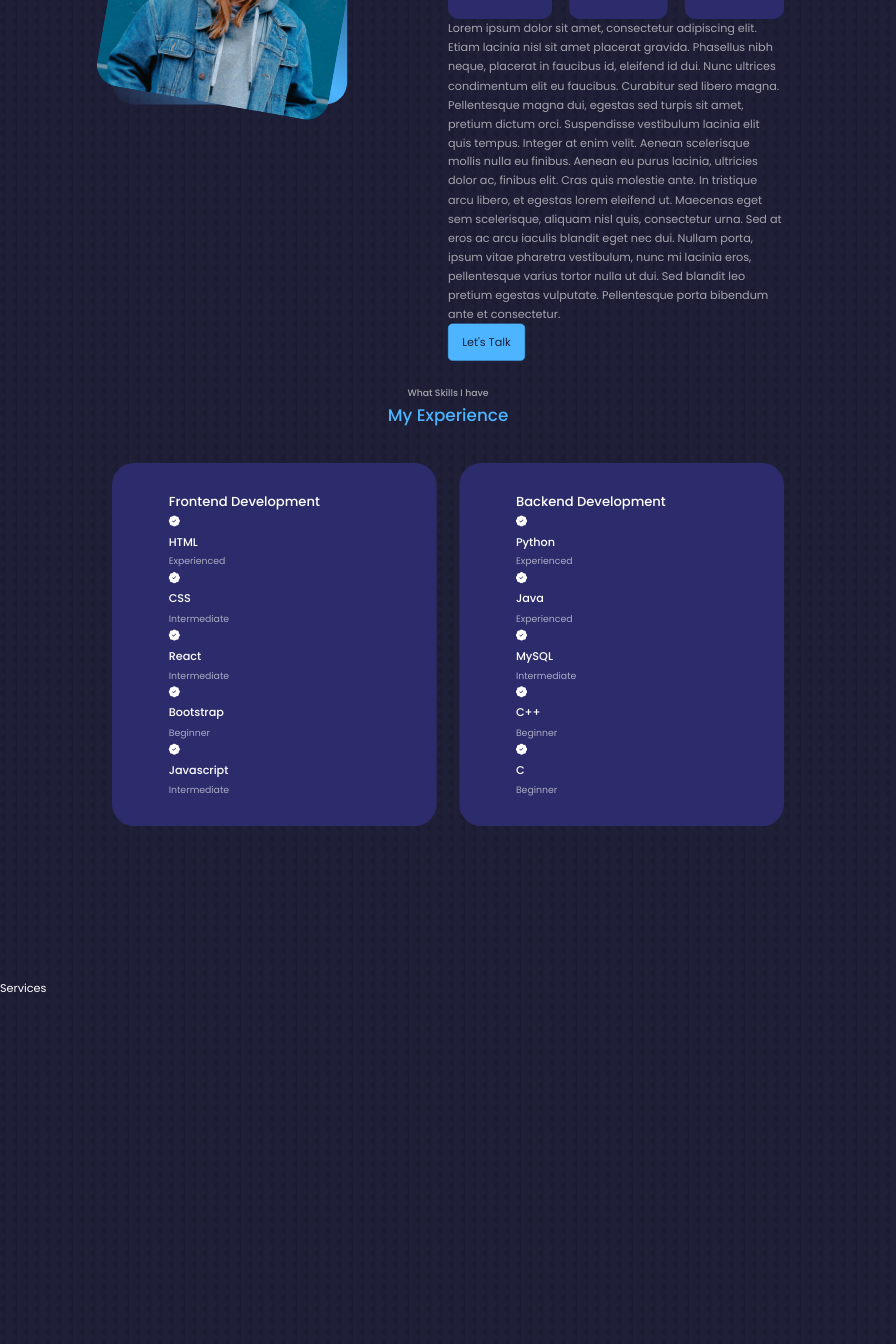
Repository: smallchungus/resumeWebsite
Page: / (app in hello/)
These files come from the project's save history. The page is drawn as it stood at one moment and after the next save; the edit follows.
The browser window is 1280 px wide. The pictures show the part of the page from y = 1146 to 3066 px (the page is 5835 px tall), at 70% of full size.
The project was rebuilt for these pictures with package versions that can differ from the ones it lists, and the page was loaded fresh each time. Also part of the build but not shown: hello/src/components/portfolio/portfolio.css, hello/src/components/contact/contact.css, hello/src/components/footer/footer.css. Imported but missing from the stored project, and not drawn on this page: hello/src/assets/cv.pdf.

Above is the page before, as saved 2023-03-23 19:05:25.

### hello/public/index.html
<!DOCTYPE html>
<html lang="en">

<head>
    <meta charset="UTF-8">
    <meta http-equiv="X-UA-Compatible" content="IE=edge">
    <meta name="viewport" content="width-device-width, initial-scale=1.0">
    <title>Resume Portfolio Website</title>
</head>
<body>
    <div id="root"></div>
</body>
</html>

### hello/src/App.jsx
import React from 'react'
import Header from './components/header/Header'
import Nav from './components/nav/Nav'
import About from './components/about/About'
import Experience from './components/experience/Experience'
import Services from './components/services/Services'
import Portfolio from './components/portfolio/Portfolio'
import Testimonial from './components/testimonial/Testimonial'
import Contact from './components/contact/Contact'
import Footer from './components/footer/Footer'

const App = () => {
  return (
    <>
    <Header />
    <Nav />
    <About />
    <Experience />
    <Services />
    <Portfolio />
    <Testimonial />
    <Contact />
    <Footer />
    </>
  )
}

export default App

### hello/src/index.css
@import url('https://fonts.googleapis.com/css2?family=Poppins:wght@300;400;500;600&display=swap');

*{
    margin: 0;
    padding: 0;
    border :0;
    outline: 0;
    box-sizing: border-box;
    list-style: none;
    text-decoration: none;

}

:root {
    --color-bg: #1f1f38;
    --color-bg-variant: #2c2c6c;
    --color-primary: #4db5ff;
    --color-primary-variant: rgba(77, 181, 255, 0.4);
    --color-white: #fff;
    --color-light: rgba(255,255,255,0.6);

    --transition: all 400ms ease;

    --container-width-lg: 75%;
    --container-width-md: 86%;
    --container-width-sm: 90%;

}

html{
    scroll-behavior: smooth;
}

body{
    font-family: 'Poppins', sans-serif;
    background: var(--color-bg);
    color: var(--color-white);
    line-height: 1.7;
    background-image: url(../src/assets/bg-texture.png)
}

/* ======================= General Styles =================*/

.container{
    width: var(--container-width-lg);
    margin: 0 auto;
}

h1,h2,h3,h4,h5{
    font-weight: 500;
}

h1{
    font-size:2.5rem;

}

section {
    margin-top: 8rem;
    height: 100vh;
}

section > h2, section > h5 {
    text-align: center;
    color: var(--color-light);
}

section > h2 {
    color: var(--color-primary);
    margin-bottom: 3rem;
}

.text-light{
    color:var(--color-light);
}

a{
    color: var(--color-primary);
    transition: var(--transition);
}

a:hover{
    color: var(--color-white);
}

.btn{
    width: max-content;
    display: inline-block;
    color: var(--color-primary);
    padding: 0.75rem 1.2rem;
    border-radius: 0.4rem;
    cursor: pointer;
    border: 1px solid var(--color-primary);
    transition: var( --transition );
}

.btn:hover{
    background: var(--color-white);
    color: var(--color-bg);
    border-color: transparent;
}

.btn-primary{
    background: var(--color-primary);
    color: var(--color-bg);
}

img{
    display: block;
    width: 100%;
    object-fit: cover;
}


/*==================Media Queries (Medium Devices ) ============= */
@media screen and (max-width: 1024px) {
    .container{
        width: var(--container-width-md);
    }

    section{
        margin-top: 6rem;
    }
}

/*==================Media Queries (Small Devices ) ============= */
@media screen and (max-width: 600px) {
    .container{
        width: var(--container-width-sm);
    }

    section > h2{
        margin-top: 2rem;
    }
}

### hello/src/components/header/Header.jsx
import React from 'react'
import './header.css'
import CTA from './CTA'
import ME from '../../assets/me.png'
import HeaderSocials from './HeaderSocials'
const Header = () => {
  return (
    <header>
      <div className="container header_container">
        <h5>Hello I'm</h5>
        <h1>William Chen</h1>
        <h5 className='text-light'>Fullstack Developer</h5>
        <CTA />
        <HeaderSocials/>

        <div className="me">
          <img src={ME} alt="me" />
        </div>

        <a href='#contact' className='scroll_down'>Scroll down</a>
      </div>
    </header>
  )
}

export default Header

### hello/src/components/nav/Nav.jsx
import React from 'react'
import './nav.css'
import {AiOutlineHome} from 'react-icons/ai'
import {AiOutlineUser}  from 'react-icons/ai'
import {BiBook} from 'react-icons/bi'
import {RiServiceLine} from 'react-icons/ri'
import {BiMessageSquareDetail} from 'react-icons/bi'
import {useState} from 'react'

const Nav = () => {
  const[activeNav, setActiveNav] = useState('#');
  return (
    <nav>
      <a href="#" onClick={() => setActiveNav('#')} className={activeNav === '#' ? 'active' : ''}><AiOutlineHome/></a>
      <a href="#about" onClick={() => setActiveNav('#about')} className={activeNav === '#about' ? 'active' : ''}><AiOutlineUser/></a>
      <a href="#experience" onClick={() => setActiveNav('#experience')} className={activeNav === '#experience' ? 'active' : ''}><BiBook/></a>
      <a href="#services" onClick={() => setActiveNav('#services')} className={activeNav === '#services' ? 'active' : ''}><RiServiceLine/></a>
      <a href="#contact" onClick={() => setActiveNav('#contact')} className={activeNav === '#contact' ? 'active' : ''}><BiMessageSquareDetail/></a>
    </nav>
  )
}

export default Nav

### hello/src/components/about/About.jsx
import React from 'react'
import './about.css'
import ME from '../../assets/me-about.jpg'
import {FiAward} from 'react-icons/fi'
import {FiUsers} from 'react-icons/fi'
import {VscFolderLibrary} from 'react-icons/vsc'

const About = () => {
  return (
    <section id='about'>
      <h5>Get To Know </h5>
      <h2>About Me</h2>

      <div className="container about_container">
        <div className="about_me" >
          <div className="about_me-image">
          <img src={ME} alt="About Image" />
          </div>
        </div>

        <div className="about_content">
          <div className="about_cards">
            <article className="about_card">
              <FiAward className='about_icon'/>
              <h5>Experience</h5>
              <small>1 Year Working</small>
            </article>
            <article className="about_card">
              <FiUsers className='about_icon'/>
              <h5>Clients</h5>
              <small>200+ clients worldwide</small>
            </article>
            <article className="about_card">
              <VscFolderLibrary className='about_icon'/>
              <h5>Projects</h5>
              <small>80+ completed</small>
            </article>
          </div>
          <p>
          Lorem ipsum dolor sit amet, consectetur adipiscing elit. Etiam lacinia nisl sit amet placerat gravida. Phasellus nibh neque, placerat in faucibus
          id, eleifend id dui. Nunc ultrices condimentum elit eu faucibus. Curabitur sed libero magna. Pellentesque magna dui, egestas sed turpis
          sit amet, pretium dictum orci. Suspendisse vestibulum lacinia elit quis tempus. Integer at enim velit. Aenean scelerisque mollis nulla eu finibus. Aenean eu purus lacinia, ultricies dolor ac, finibus elit.
          Cras quis molestie ante. In tristique arcu libero, et egestas lorem eleifend ut. Maecenas eget sem scelerisque, aliquam nisl quis, consectetur urna. Sed at eros ac arcu iaculis blandit eget nec dui. Nullam porta,
          ipsum vitae pharetra vestibulum, nunc mi lacinia eros, pellentesque varius tortor nulla ut dui. Sed blandit leo pretium egestas vulputate. Pellentesque porta bibendum ante et consectetur.
          </p>
          <a href="#contact" className='btn btn-primary'>Let's Talk</a>

        </div>
      </div>
    </section>
  )
}

export default About

### hello/src/components/experience/Experience.jsx
import React from 'react'
import './experience.css'
import {BsPatchCheckFill} from'react-icons/bs'



const Experience = () => {
  return (
    <section id='experience'>
      <h5>What Skills I have</h5>
      <h2>My Experience</h2>

      <div className="container experience_container">
        <div className="experience_frontend">
          <h3>Frontend Development</h3>
          <div className="experience_content">
            <article className='experience_details'>
              <BsPatchCheckFill />
              <h4>HTML</h4>
              <small className='text-light' >Experienced </small>
            </article>
            <article className='experience_details'>
              <BsPatchCheckFill />
              <h4>CSS</h4>
              <small className='text-light' >Intermediate </small>
            </article>
            <article className='experience_details'>
              <BsPatchCheckFill />
              <h4>React</h4>
              <small className='text-light' >Intermediate </small>
            </article>
            <article className='experience_details'>
              <BsPatchCheckFill />
              <h4>Bootstrap</h4>
              <small className='text-light' >Beginner </small>
            </article>
            <article className='experience_details'>
              <BsPatchCheckFill />
              <h4>Javascript</h4>
              <small className='text-light' >Intermediate </small>
            </article>
          </div>
        </div>



        <div className="experience_backend">
          <h3>Backend Development</h3>
          <article className='experience_details'>
              <BsPatchCheckFill />
              <h4>Python</h4>
              <small className='text-light' >Experienced </small>
            </article>
            <article className='experience_details'>
              <BsPatchCheckFill />
              <h4>Java</h4>
              <small className='text-light' >Experienced </small>
            </article>
            <article className='experience_details'>
              <BsPatchCheckFill />
              <h4>MySQL</h4>
              <small className='text-light' >Intermediate </small>
            </article>
            <article className='experience_details'>
              <BsPatchCheckFill />
              <h4>C++</h4>
              <small className='text-light' >Beginner </small>
            </article>
            <article className='experience_details'>
              <BsPatchCheckFill />
              <h4>C</h4>
              <small className='text-light' >Beginner </small>
            </article>
        </div>
      </div>
    </section>
  )
}

export default Experience

### hello/src/components/portfolio/Portfolio.jsx
import React from 'react'
import './portfolio.css'


const Portfolio = () => {
  return (
    < section id='portfolio'>Portfolio</section>
  )
}

export default Portfolio

### hello/src/components/testimonial/Testimonial.jsx
import React from 'react'
import './testimonial.css'
const Testimonial = () => {
  return (
    <section id='testimonials'>Testimonial</section>
  )
}

export default Testimonial

### hello/src/components/contact/Contact.jsx
import React from 'react'
import './contact.css'
const Contact = () => {
  return (
    <section id='contact'>Contact</section>
  )
}

export default Contact

### hello/src/components/header/header.css
header {
    height: 100vh;
    padding-top: 7rem;
    overflow: hidden;
}

.header_container{
    text-align: center;
    height: 100%;
    position: relative;
}

/*========================= CTA ======================= */
.cta {
    margin-top: 2.5rem;
    display: flex;
    gap: 1.2rem;
    justify-content: center;

}

/* ======================= Header Socials ==================== */
.header_socials {
    display: flex;
    flex-direction: column;
    align-items: center;
    gap: 0.8rem;
    position: absolute;
    left: 0;
    bottom: 3rem;

}

.header_socials::after{
    content: '';
    width: 1px;
    height: 2rem;
    background: var(--color-primary);
}

/* ===================== ME ==================*/

.me{
    background: linear-gradient(var(--color-primary), transparent);
    width: 22rem;
    height: 30rem;
    position: absolute;
    left: calc(50% - 11rem);
    margin-top: 4rem;
    border-radius: 12rem 12rem 0 0;
    overflow: hidden;
    padding: 5rem 1.5rem 1.5rem 1.5rem;

}

.scroll_down {
    position: absolute;
    right: -2.3rem;
    bottom: 5rem;
    transform: rotate(90deg);
    font-weight: 300;
    font-size: 0.9rem;
}

@media screen and (max-width: 600px) {
    header {
        height: 100vh;
    }
}

@media screen and (max-width: 600px)
{
    header {
        height: 100vh;
    }

    .header_socials, .scroll_down{
        display: none;
    }
}

### hello/src/components/header/CTA.jsx
import React from 'react'
import CV from '../../assets/cv.pdf'
const CTA = () => {
  return (
    <div className ='cta'>
        <a href={CV} download className='btn'>Download CV</a>
        <a href="#contact" className='btn btn-primary'>Let's Talk</a>
    </div>
  )
}

export default CTA

### hello/src/components/header/HeaderSocials.jsx
import React from 'react'
import {BsLinkedin} from 'react-icons/bs'
import {BsGithub} from 'react-icons/bs'
import {AiFillDribbbleSquare} from 'react-icons/ai'
const HeaderSocials = () => {
  return (
    <div className='header_socials'>
        <a href="https://linkedin.com/willchenn" target="_blank"><BsLinkedin></BsLinkedin></a>
        <a href="https://github.com/smallchungus" target="_blank"><BsGithub></BsGithub></a>
        <a href="https://dribble.com/" target="_blank"><AiFillDribbbleSquare></AiFillDribbbleSquare></a>
        </div>
  )
}

export default HeaderSocials

### hello/src/components/nav/nav.css
nav {
    background: rgba(0, 0, 0, 0.3);
    width: max-content;
    display: block;
    padding: 0.7rem 1.7rem;
    z-index: 2;
    position: fixed;
    left: 50%;
    transform: translateX(-50%);
    bottom: 2rem;
    display: flex;
    gap: 0.8rem;
    border-radius: 3rem;
    backdrop-filter: blur(15px);
}

nav a{
    background: transparent;
    padding: 0.9rem;
    border-radius: 50%;
    display: flex;
    color: var(--color-light);
    font-size: 1.1rem;
}

nav a:hover{
    background: rgba(0,0,0,0.3);
}

nav a.active {
    background: var(--color-bg);
    color: var(--color-white);
}

### hello/src/components/about/about.css
.about_container {
    display: grid;
    grid-template-columns: 35% 50%;
    gap: 15%;
}

.about_me {
    width: 100%;
    aspect-ratio: 1/1;
    border-radius: 2rem;
    background: linear-gradient(
        45deg,
        transparent,
        var(--color-primary),
        transparent
    );
    display: grid;
    place-items: center;
}

.about_me-image{
    border-radius: 2rem;
    overflow: hidden;
    transform: rotate(10deg);
    transition: var(--transition);

}

.about_me-image:hover{
    transform: rotate(0);
}

.about_cards{
    display: grid;
    grid-template-columns: repeat(3, 1fr);
    gap: 1.5rem;
}

.about_card {
    background: var(--color-bg-variant);
    border: 1px solid transparent;
    border-radius: 1rem;
    padding: 2rem;
    text-align: center;
    transition: var(--transition);
}

.about_card:hover {
    background: transparent;
    border-color: var(--color-primary-variant);
    cursor: default;
}

.about_icon {
    color: var(--color-primary);
    font-size: 1.4 rem;
    margin-bottom: 1rem;
}

.about_card h5 {
    font-size: 0.95rem;
}

.about_card small {
    font-size: 0.7 rem;
    color: var(--color-light);
}

.about_content p {
    margin: 2rem 0 2.6 rem;
    color: var(--color-light);
}

@media screen and (max-width: 1024px) {
    .about_container {
        grid-template-columns: 1fr;
        gap: 0;
    }

    .about_me {
        width: 50%;
        margin: 2rem auto 4rem;
    }

    .about_content p{
        margin: 1rem 0 1.5rem;
    }
}

@media screen and (max-width: 600px )
{
    .about_me{
        width: 65%;
        margin: 0 auto 3rem;
    }
    .about_cards {
        grid-template-columns: 1fr 1fr;
        gap: 1rem;
    }
    .about_content {
        text-align: center;
    }
    .about_content p {
        margin: 1.5rem 0;
    }
}

### hello/src/components/experience/experience.css
.experience_container{
    display: grid;
    grid-template-columns: 1fr 1fr;
    gap: 2rem;
}

.experience_container > div {
    background: var(--color-bg-variant);
    padding: 2.4rem 5rem;
    border-radius: 2rem;
    border: 1px solid transparent;
    transition: var(--transition);
}

.experience_container > div:hover {
    background: transparent;
    border-color: var(--color-primary-variant);
    cursor: default;
}

.experience_container > div h3 {

}

Loaded but not shown: hello/src/index.js (common file); hello/src/components/services/Services.jsx (common file); hello/src/components/footer/Footer.jsx (common file); hello/src/components/services/services.css (no stored copy; drawn as an empty file); hello/src/components/testimonial/testimonial.css (no stored copy; drawn as an empty file)

After the next save:
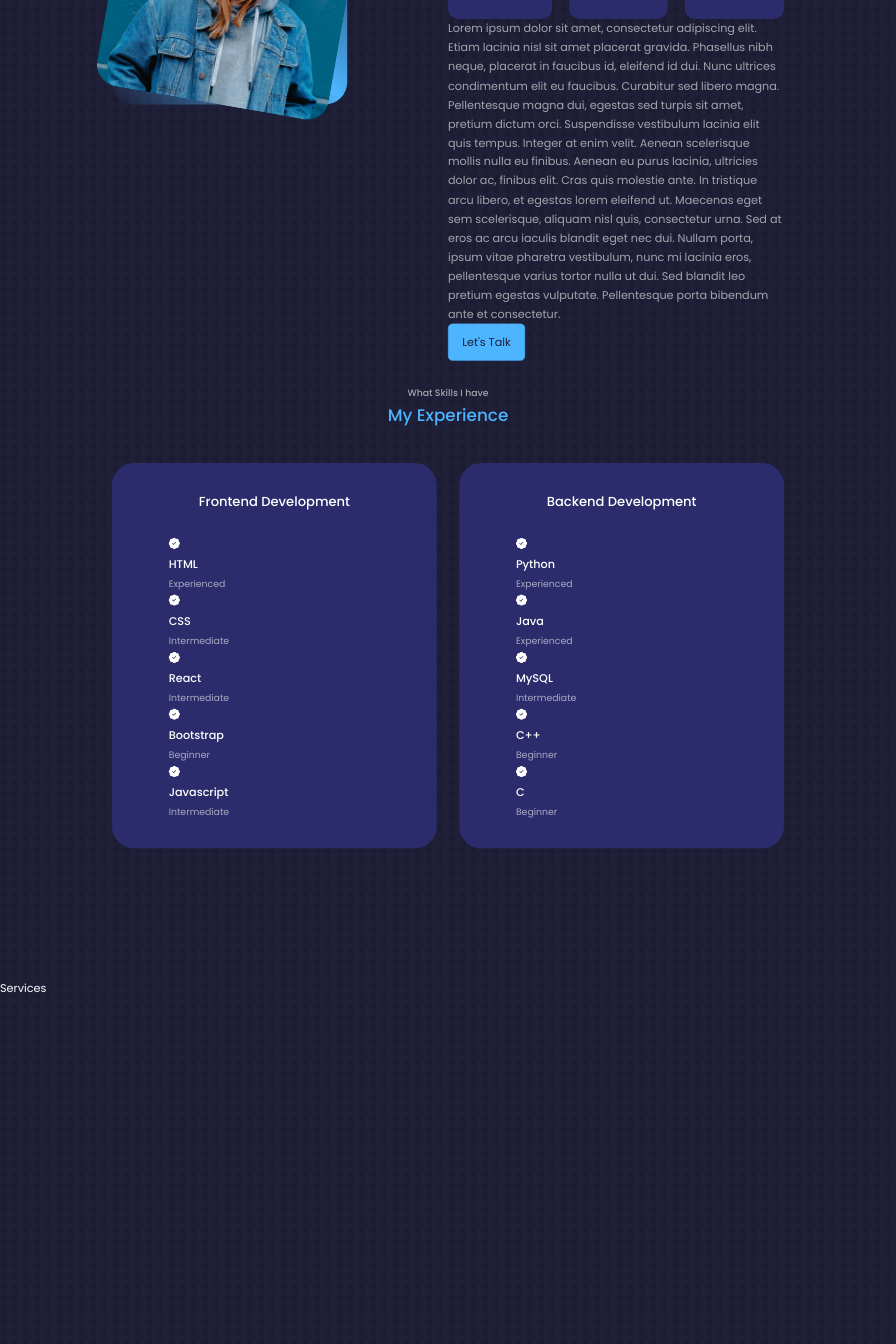
Saved 8 s later.
--- a/hello/src/components/experience/experience.css
+++ b/hello/src/components/experience/experience.css
@@ -19,5 +19,7 @@
 }
 
 .experience_container > div h3 {
+    text-align: center;
+    margin-bottom: 2rem;
 
 }
